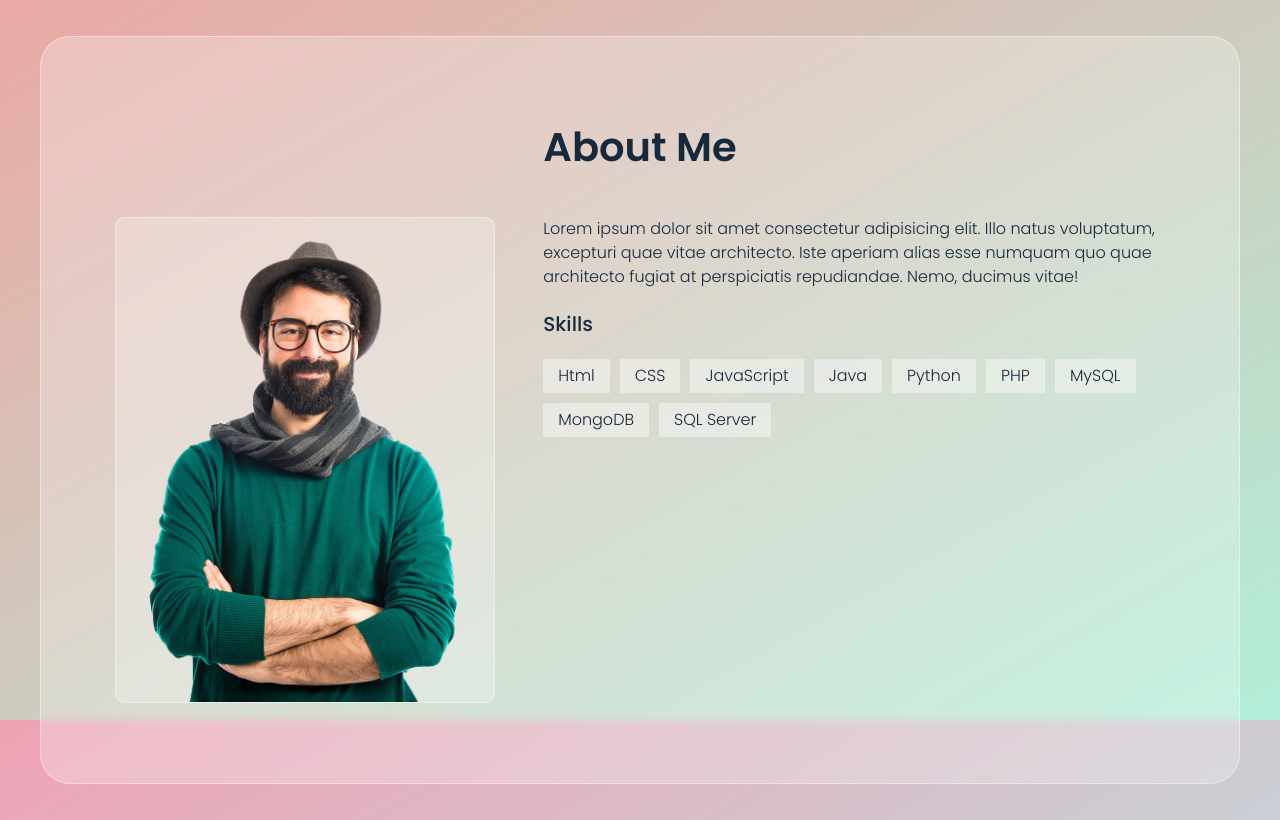
Repository: dewaary/Glassmorp-me
Page: index.html
These files come from the project's save history. The page is drawn as it stood at one moment and after the next save; the edit follows.
The browser window is 1280 px wide. The pictures show the whole page.
Backgrounds fixed to the window are drawn as part of the page.

Above is the page before, as saved 2021-05-25 22:27:57.
Not found: js/script,js

### index.html
<!DOCTYPE html>
<html lang="en">

<head>
    <meta charset="UTF-8">
    <meta http-equiv="X-UA-Compatible" content="IE=edge">
    <meta name="viewport" content="width=device-width, initial-scale=1.0">
    <link rel="stylesheet" href="style.css">
    <title>Document</title>
</head>

<body>
    <div class="main">
        <section class="home-section align-items-center hidden">
            <div class="container">
                <div class="row align-items-center">
                    <div class="home-text">
                        <p>Hello, I'm</p>
                        <h1>Dewa Ari</h1>
                        <h2>Full-Stack Web Developer</h2>
                        <a href="#" class="btn">more about me</a>
                        <a href="#" class="btn">portfolio</a>
                    </div>
                    <div class="home-img">
                        <div class="img-box">
                            <img src="img/profile-img.png" alt="profile-img">
                        </div>
                    </div>
                </div>
            </div>
        </section>

        <!-- About Section -->
        <section class="about-section sec-padding">
            <div class="container">
                <div class="row">
                    <div class="section-title">
                        <h2>About me</h2>
                    </div>
                </div>
                <div class="row">
                    <div class="about-img">
                        <div class="img-box">
                            <img src="img/about-img.png" alt="About Image">
                        </div>
                    </div>
                    <div class="about-text">
                        <p>Lorem ipsum dolor sit amet consectetur adipisicing elit. Illo natus voluptatum, excepturi
                            quae vitae architecto. Iste aperiam alias esse numquam quo quae architecto fugiat at
                            perspiciatis repudiandae. Nemo, ducimus vitae!</p>
                            <h3>Skills</h3>
                            <div class="skills">
                                <div class="skill-item">Html</div>
                                <div class="skill-item">CSS</div>
                                <div class="skill-item">JavaScript</div>
                                <div class="skill-item">Java</div>
                                <div class="skill-item">Python</div>
                                <div class="skill-item">PHP</div>
                                <div class="skill-item">MySQL</div>
                                <div class="skill-item">MongoDB</div>
                                <div class="skill-item">SQL Server</div>
                            </div>
                    </div>
                </div>
            </div>
        </section>

    </div>
    <script src="js/script,js"></script>
</body>

</html>

### style.css
/* Fonts */
@import url("https://fonts.googleapis.com/css2?family=Poppins:wght@300;400;500;600;700&display=swap");

/* Variables */

:root {
  --main-color: #e02f6b;
  --blue: #0000ff;
  --blue-dark: #18293c;
  --orange: #ffa500;
  --green-yellow: #cddc39;
  --pink-light: #efa2b4;
  --cyan-light: #aef1ee;
  --white: #ffffff;
  --white-alpha-40: rgba(255, 255, 255, 0.4);
  --white-alpha-25: rgba(255, 255, 255, 0.25);
  --backdrop-filter-blur: blur(5px);
}

* {
  box-sizing: border-box;
  padding: 0;
  margin: 0;
  outline: none;
}

::before,
::after {
  box-sizing: border-box;
}

body {
  min-height: 100vh;
  background-image: linear-gradient(
    to bottom right,
    var(--pink-light),
    var(--cyan-light)
  );
  background-attachment: fixed;
  font-size: 16px;
  font-family: "Poppins", sans-serif;
  font-weight: 300;
  color: var(--blue-dark);
  line-height: 1.5;
  overflow-x: hidden;
  -webkit-tap-highlight-color: transparent;
  padding: 5vh 15px;
}

body::before {
  content: "";
  position: fixed;
  left: 0;
  top: 0;
  height: 100%;
  width: 100%;
  background-color: var(--green-yellow);
  z-index: -1;
  opacity: 0.12;
}

a {
  text-decoration: none;
}

h1,
h2 {
  font-weight: 600;
}

h3,
h4,
h5,
h6 {
  font-weight: 500;
}

img {
  max-width: 100%;
  vertical-align: middle;
}

section {
  background-color: var(--white-alpha-25);
  border: 1px solid var(--white-alpha-40);
  min-height: 90vh;
  border-radius: 30px;
  backdrop-filter: var(--backdrop-filter-blur);
}

.main {
  max-width: 1200px;
  margin: auto;
}

.row {
  display: flex;
  flex-wrap: wrap;
}

.container {
  padding: 0 40px;
  width: 100%;
}

.align-items-center {
  align-items: center;
}

.hidden{
  display: none !important;
}

.sec-padding {
  padding: 80px 0;;
}

/* Section Tittle */
.section-title {
  padding: 0 15px;
  width: 100%;
  text-align: center;
  margin-bottom: 40px;
}

.section-title h2 {

  font-size: 40px;
  text-transform: capitalize;
}


/* Custome Scroolbar */

::-webkit-scrollbar{
  width: 5px;
}

::-webkit-scrollbar-track{
  background-color: var(--white);
}

::-webkit-scrollbar-thumb {
  background-color: var(--main-color);
}

/*
Buttons */

.btn {
  line-height: 1.5;
  background-color: var(--white-alpha-25);
  border: 1px solid var(--white-alpha-40);
  padding: 10px 28px;
  display: inline-block;
  border-radius: 30px;
  color: var(--main-color);
  font-weight: 500;
  text-transform: capitalize;
  font-family: inherit;
  font-size: 16px;
  cursor: pointer;
  user-select: none;
  position: relative;
  overflow: hidden;
  vertical-align: middle;
  transition: width 0.3s ease;
}

.btn::before {
  content: "";
  position: absolute;
  left: 0;
  top: 0;
  height: 100%;
  width: 0%;
  background-color: var(--main-color);
  z-index: -1;
  transition: width 0.3s ease;
}

.btn:hover::before {
  width: 100%;
}
.btn:hover {
  color: var(--white);
}

/*
Home Section */

.home-section {
  display: flex;
  padding: 120px 0;
}

.home-text,
.home-img {
  width: 50%;
  padding: 15px;
}

.home-text p {
  font-size: 15px;
}

.home-text h2 {
  font-size: 20px;
  text-transform: capitalize;
  font-weight: 300;
  margin: 0 0 30px;
}

.home-text .btn {
  margin: 0 15px 15px 0;
}

.home-text h1 {
  font-size: 50px;
  text-transform: capitalize;
}

.home-img .img-box {
  max-width: 360px;
  background-color: var(--white-alpha-25);
  border-radius: 50%;
  background-color: var(--white-alpha-25);
  margin: auto;
}

.home-img .img-box img {
  width: 100%;
  border-radius: 50%;
}


/* About Section */

.about-img{
  width: 40%;
  padding: 0 15px;
}

.about-text {
  width: 60%;
  padding: 0 15px;
}

.about-img .img-box {
  background-color: var(--white-alpha-25);
  max-width: 380px;
  border: 1px solid var(--white-alpha-40);
  margin: auto;
  border-radius: 10px;

}

.about-img .img-box img{
  width: 100%;
}

.about-text h3{
  text-transform: capitalize;
  font-size: 20px;
  margin: 20px 0;;
}

.about-text .skills {
  display: flex;
  flex-wrap: wrap;
}

.about-text .skill-item {
  background-color: var(--white-alpha-25);
  background-color: var(--white-alpha-40);
  padding: 5px 15px;
  text-transform: capitalize;
  margin: 0 10px 10px 0;
}

After the next save:
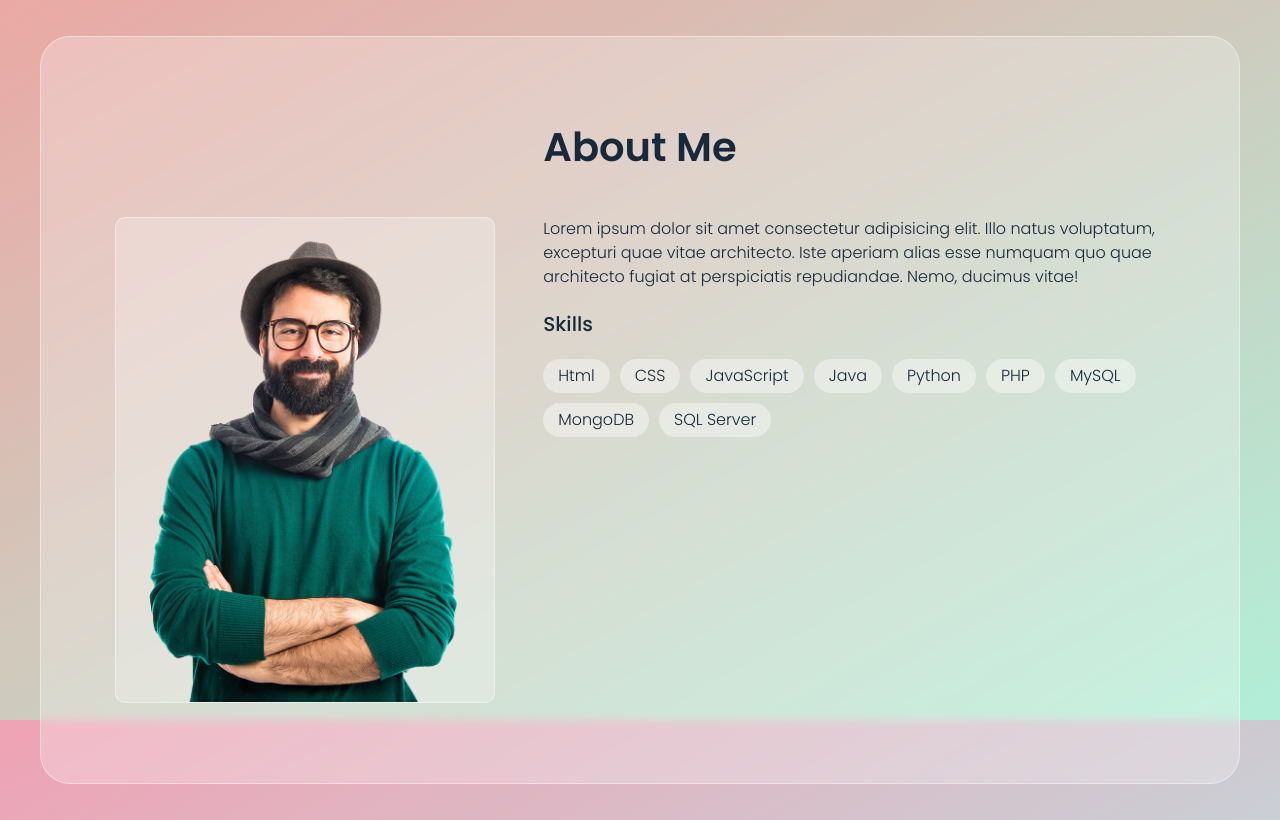
Saved 37 s later.
--- a/style.css
+++ b/style.css
@@ -276,4 +276,5 @@ Home Section */
   padding: 5px 15px;
   text-transform: capitalize;
   margin: 0 10px 10px 0;
-}
+  border-radius: 20px;
+}
